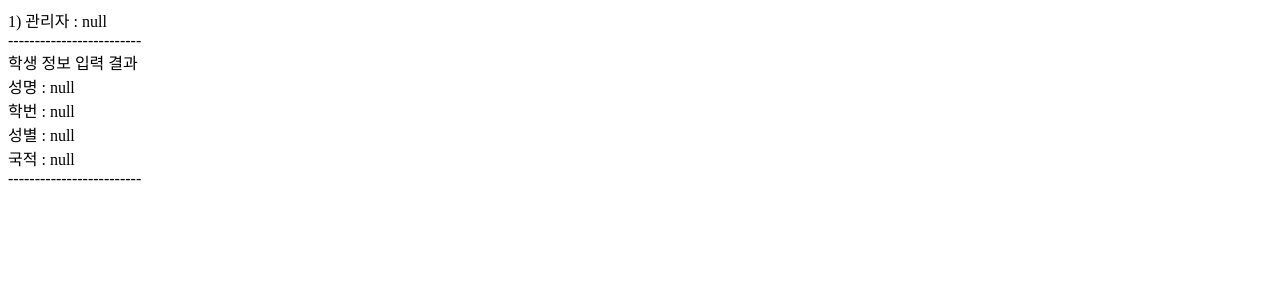
Repository: sunyeongan/Univ_lecture
Page: http://localhost/week10/request2.jsp
These files come from the project's save history. The page is drawn as it stood at one moment and after the next save; the edit follows.
The browser window is 1280 px wide. The pictures show the whole page.
The page is served by Tomcat 9.

Above is the page before, as saved 2022-05-03 03:02:34.

### WebSever_2022/work/week10/week10/src/main/webapp/request2.jsp
<%@ page language="java" contentType="text/html; charset=UTF-8"
    pageEncoding="UTF-8"%>

<%



	request.setCharacterEncoding("euc-kr");


	String npw = request.getParameter("pw");
	String n_name = request.getParameter("name");
	String n_stdNum = request.getParameter("studentNum");
	String nsex = request.getParameter("sex");
	String ncountry = request.getParameter("country");
	String nadmin  = request.getParameter("admin");
	String ntime = request.getParameter("time");

	out.println("1) 관리자  : " + nadmin + "<br>");

	out.println("-------------------------" + "<br>");

	out.println("학생 정보 입력 결과" + "<br>");
	out.println("성명 : " + n_name + "<br>");
	out.println("학번 : " + n_stdNum + "<br>");

	out.println("성별 : " + nsex + "<br>");
	out.println("국적 : " + ncountry + "<br>");
	out.println("-------------------------" + "<br>");
%>

After the next save:
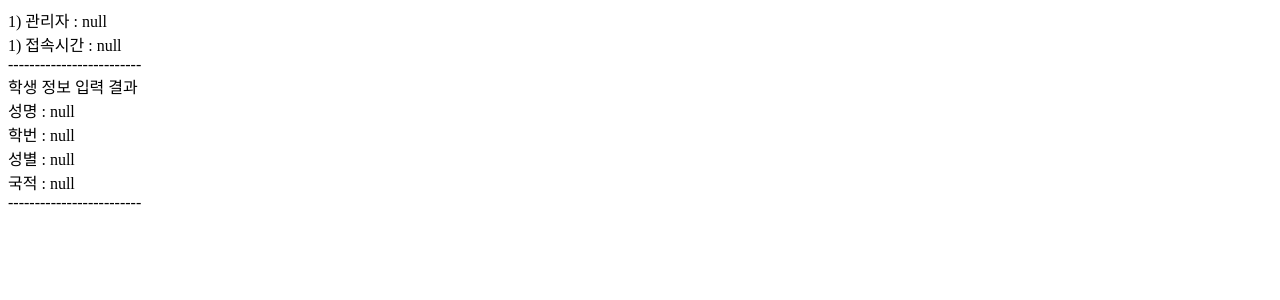
Saved 34 s later.
--- a/WebSever_2022/work/week10/week10/src/main/webapp/request2.jsp
+++ b/WebSever_2022/work/week10/week10/src/main/webapp/request2.jsp
@@ -17,7 +17,7 @@
 	String ntime = request.getParameter("time");
 
 	out.println("1) 관리자  : " + nadmin + "<br>");
-
+	out.println("1) 접속시간  : " + ntime + "<br>");
 	out.println("-------------------------" + "<br>");
 
 	out.println("학생 정보 입력 결과" + "<br>");
